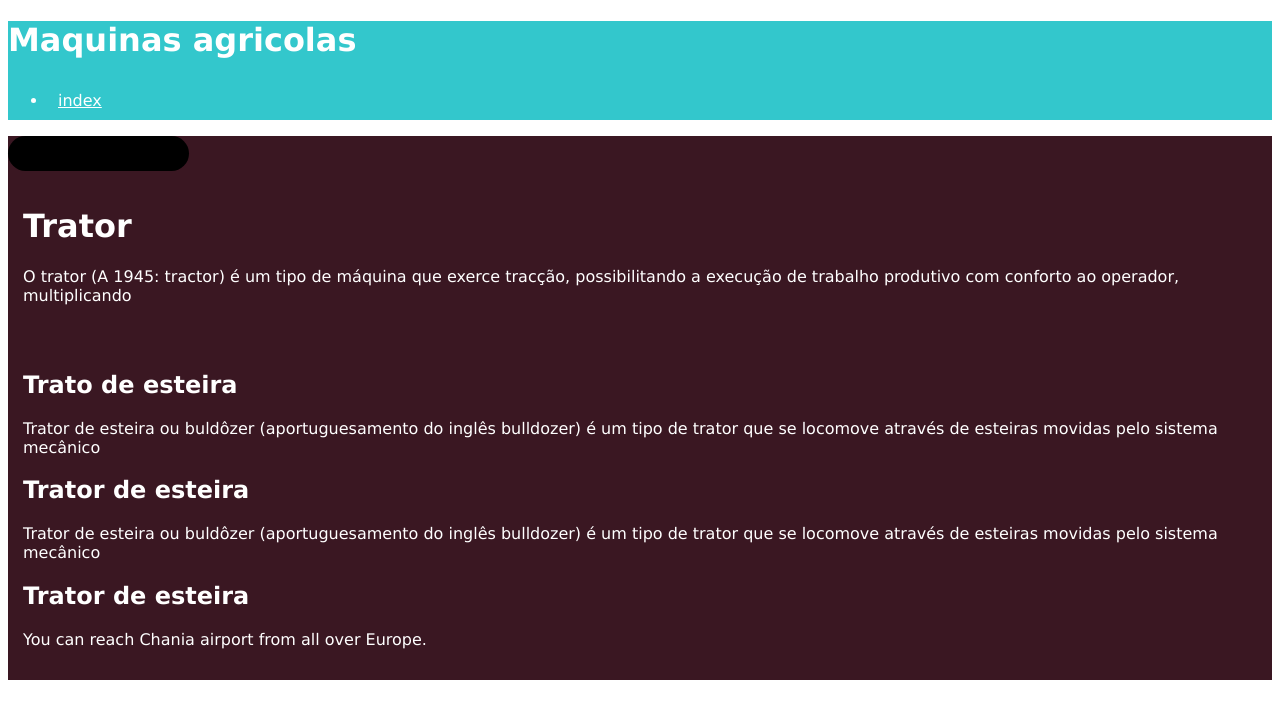
Repository: ecrseer/pesquisa-carros-html
Page: news.html
The author's editor kept a copy of each file at every save. The page is drawn from the files as they stood at one save, then again after a run of saves.
The browser window is 1280 px wide. The pictures show the whole page.

Above is the page before, as saved 2022-01-21 16:17:34.
Console error: TypeError: Cannot read properties of undefined (reading 'fn')

After the next 2 saves:
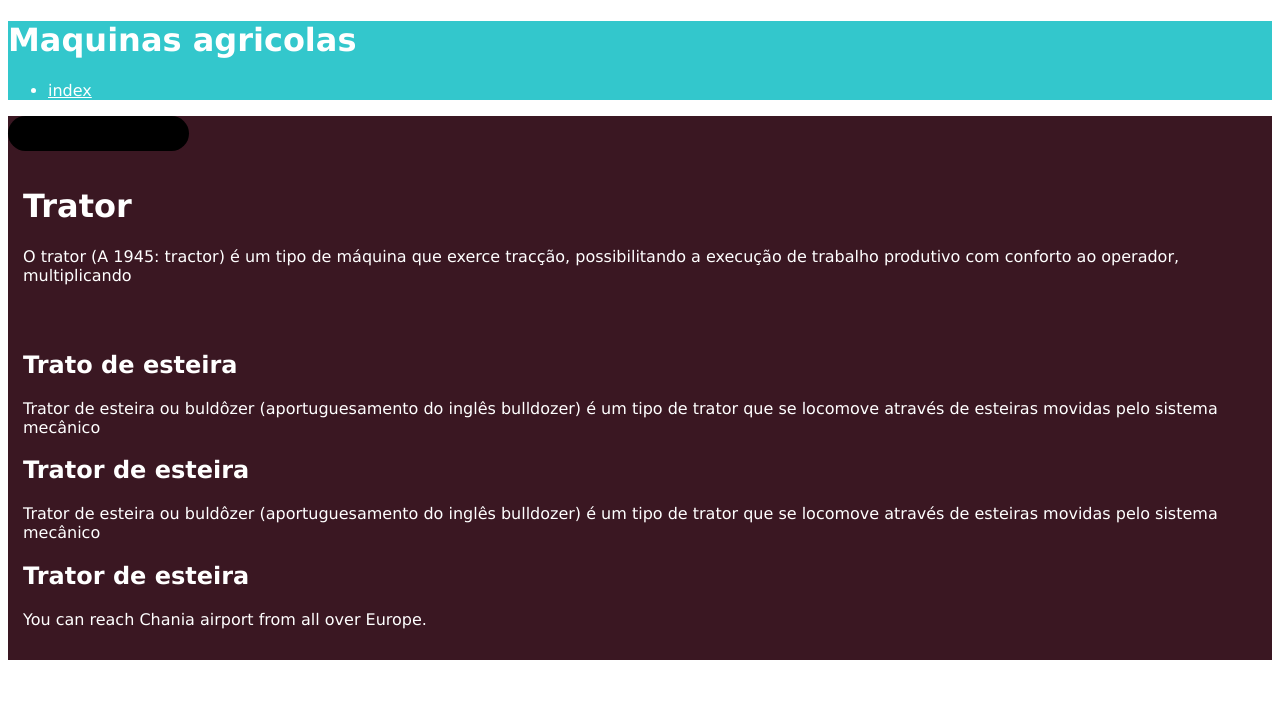
The 2 saves are shown as one change because they came seconds apart.
The last was saved 18 s later.
--- a/news.css
+++ b/news.css
@@ -43,39 +43,3 @@
       background-color: #3a1722;
 
   }
-
-
-
-
-
-  }
-
-
-
-
-
-.topbtns li{
-    background-color:rgb(10, 33, 76);
-    margin: 2px;
-}
-
-.topbtns li a{
-    padding: 10px;
-    display: block;
-
-    outline: none;
-
-    user-select: none;
-    -moz-user-select: none;
-    -ms-user-select: none;
-    -webkit-touch-callout: none;
-    -webkit-user-select: none;
-    -khtml-user-select: none;
-}
-.topbtns li a::selection {
-    background: transparent;
-    border:5px dashed red;
-}
-.topbtns li a::-moz-selection {
-    background: transparent;
-}
